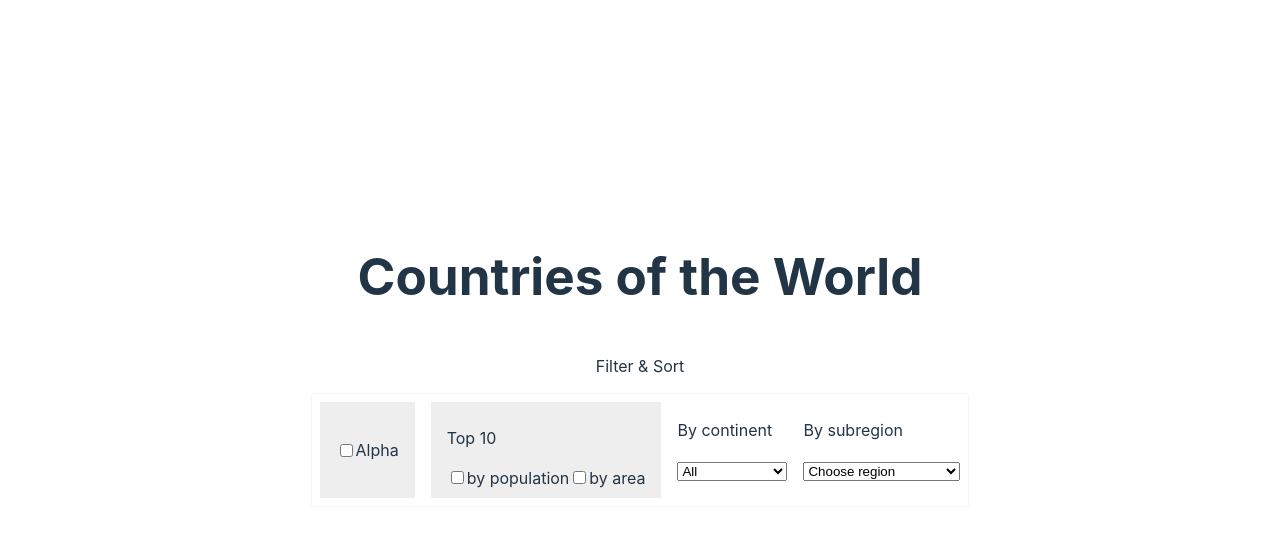
Repository: SamanthaYan298/my_countries
Page: /
These files come from the project's save history. The page is drawn as it stood at one moment and after the next save; the edit follows.
The browser window is 1280 px wide. The pictures show the whole page.
The project was rebuilt for these pictures with package versions that can differ from the ones it lists, and the page was loaded fresh each time. Also part of the build but not shown: vite.config.js.

Above is the page before, as saved 2024-11-04 17:37:17.

### src/App.jsx
import { useState } from 'react'
import './App.css'

function App() {

  return (
    <>
      <h1>Countries of the World</h1>
      <div className="container">
        <div className='inner-container'>
          <p>Filter & Sort</p>
          <div className='filters'>
            <div className='alpha'>
              <input type="checkbox"/>
              <p>Alpha</p>
            </div>
            <div className='categories'>
              <p>Top 10</p>
              <input type="checkbox"/>
              <label htmlFor="by-population">by population</label>
              <input type="checkbox" />
              <label htmlFor="by-area">by area</label>
            </div>
            <div>
              <p>By continent</p>
              <select>
                <option value="All">All</option>
                <option value="Antarctica">Antarctica</option>
                <option value="North America">North America</option>
                <option value="Europe">Europe</option>
                <option value="Africa">Africa</option>
                <option value="Asia">Asia</option>
                <option value="Oceania">Oceania</option>
                <option value="South America">South America</option>
              </select>
            </div>
            <div>
            <p>By subregion</p>
              <select>
                <option value="Choose region">Choose region</option>
                <option value="Caribbean">Caribbean</option>
                <option value="Western Europe">Western Europe</option>
                <option value="Western Africa">Western Africa</option>
                <option value="Central Europ">Central Europ</option>
                <option value="Estern Asia">Estern Asia</option>
                <option value="Polynesia">Polynesia</option>
                <option value="North Africa">North Africa</option>
                <option value="Southern Europe">Southern Europe</option>
                <option value="Southern-Eastern Asia">Southern-Eastern Asia</option>
              </select>
            </div>
          </div>
        </div>
      </div>
    </>
  )
}

export default App

### src/App.css
#root {
  max-width: 1280px;
  margin: 0 auto;
  padding: 2rem;
  text-align: center;
}

.container {
  display: flex;
  flex-direction: row;
  align-items: flex-start;
}

.filters {
  display: flex;
  flex-direction: row;
}

.alpha {
  display: flex;
  flex-direction: row;
  align-items: center;
  justify-content: center;
  padding: 0.5rem 1rem;
  background-color: rgb(238, 238, 238);
  margin-top: 0;
}

.filters {
  gap: 1rem;
  text-align: left;
  padding: 0.5rem;
  box-shadow: rgba(0, 0, 0, 0.25) 0px 0px 1px 0px;
}

.categories {
  padding: 0.5rem 1rem;
  background-color: rgb(238, 238, 238);
  margin-top: 0;
}

Loaded but not shown: index.html (common file); src/main.jsx (common file); src/index.css (common file)

After the next save:
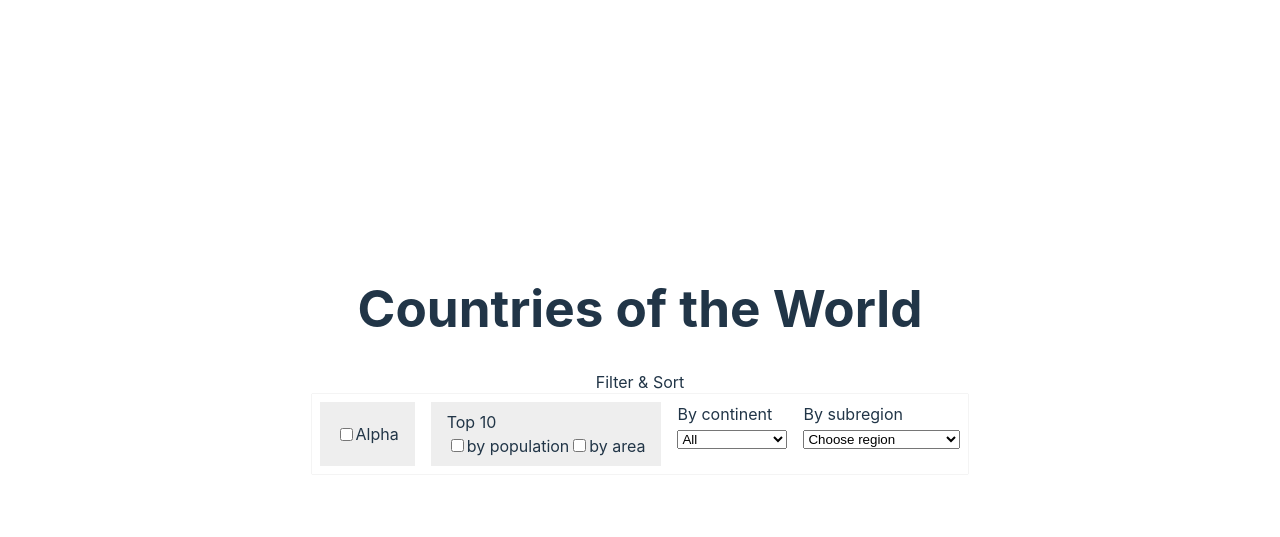
Saved 39 s later.
--- a/src/App.css
+++ b/src/App.css
@@ -9,6 +9,11 @@
   display: flex;
   flex-direction: row;
   align-items: flex-start;
+}
+
+.container p {
+  margin-top: 0;
+  margin-bottom: 0;
 }
 
 .filters {
